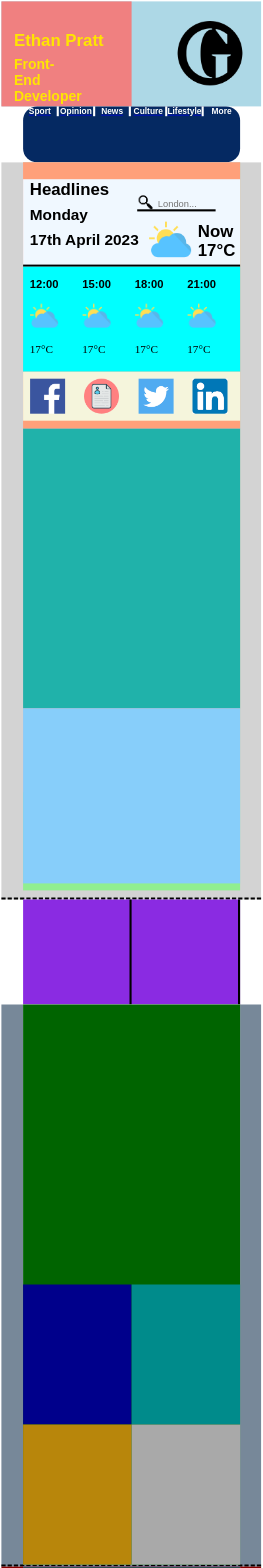
Repository: ghend99/News-Media
Page: index.html
The author's editor kept a copy of each file at every save. The page is drawn from the files as they stood at one save, then again after the next save.
The browser window is 375 px wide. The pictures show the part of the page from y = 0 to 2240 px (the page is 4372 px tall), at 70% of full size.
Some web fonts or font styles are not loaded; a fallback is used.

Above is the page before, as saved 2023-05-07 15:54:28.

After the next save:
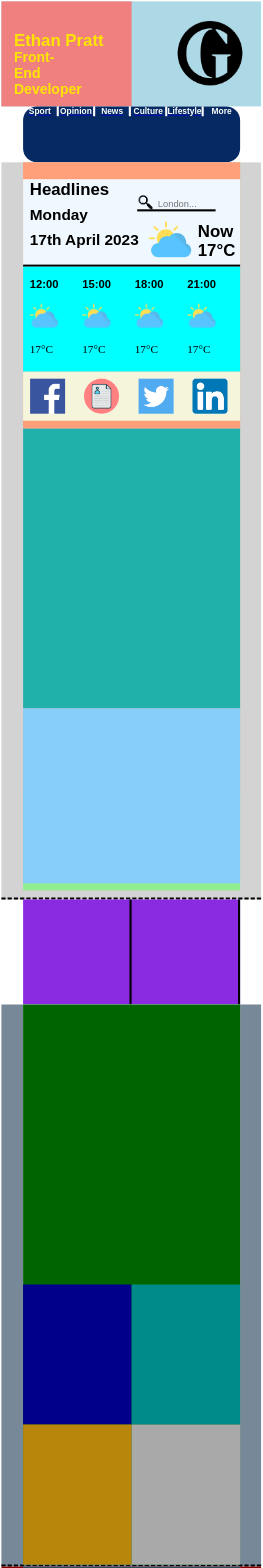
Saved 4 s later.
--- a/style.css
+++ b/style.css
@@ -695,7 +695,7 @@
 
   .header-job {
     font-size: 20px;
-    top: 60px;
+    top: 50px;
     width: 90px;
   }
 
